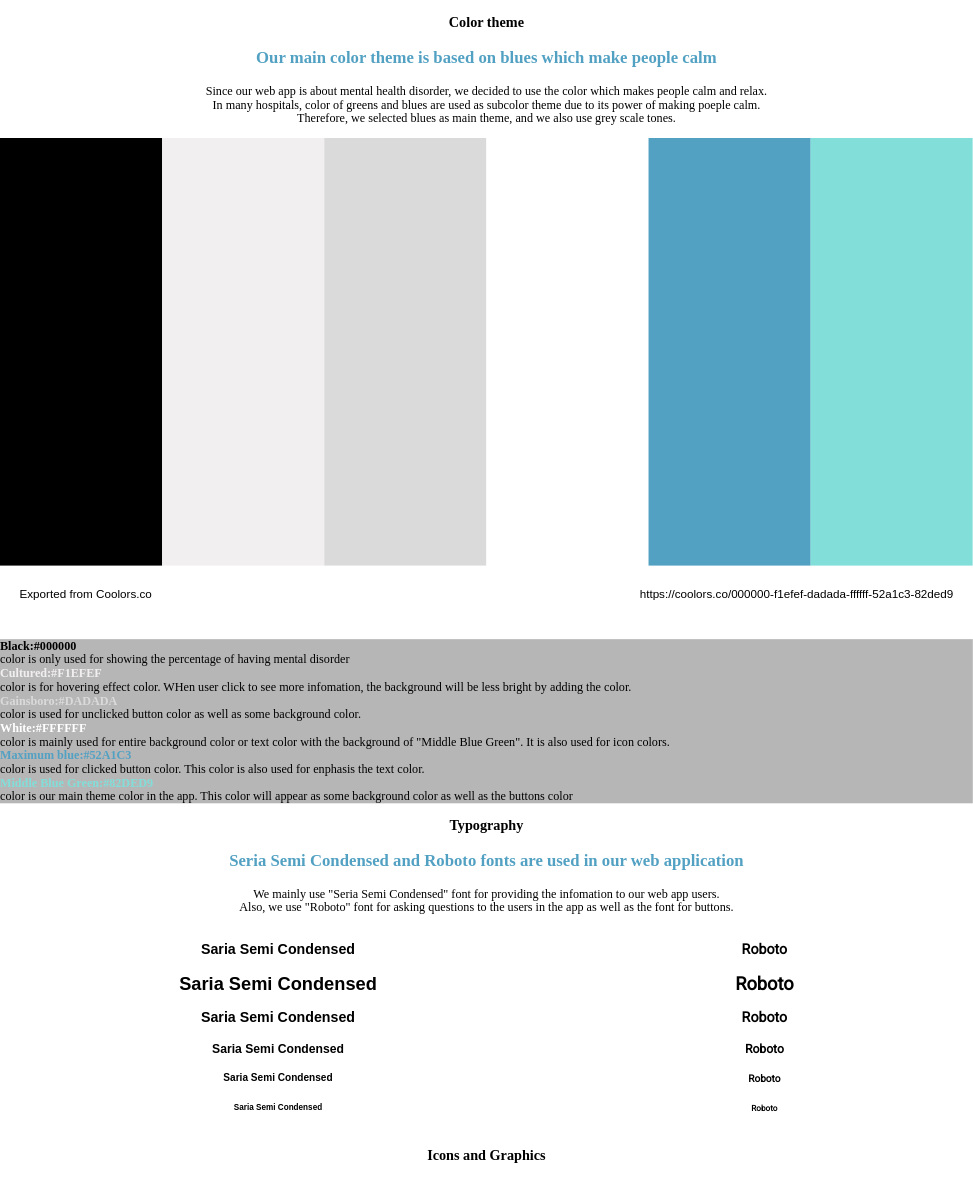
Repository: zzs1/style-guide
Page: style guide/Chisaki_styleGuide_part2/index.html
These files come from the project's save history. The page is drawn as it stood at one moment and after the next save; the edit follows.
The browser window is 1280 px wide. The pictures show the whole page, at 76% of full size.
Some web fonts or font styles are not loaded; a fallback is used.

Above is the page before, as saved 2021-03-21 12:27:30.

After the next save:
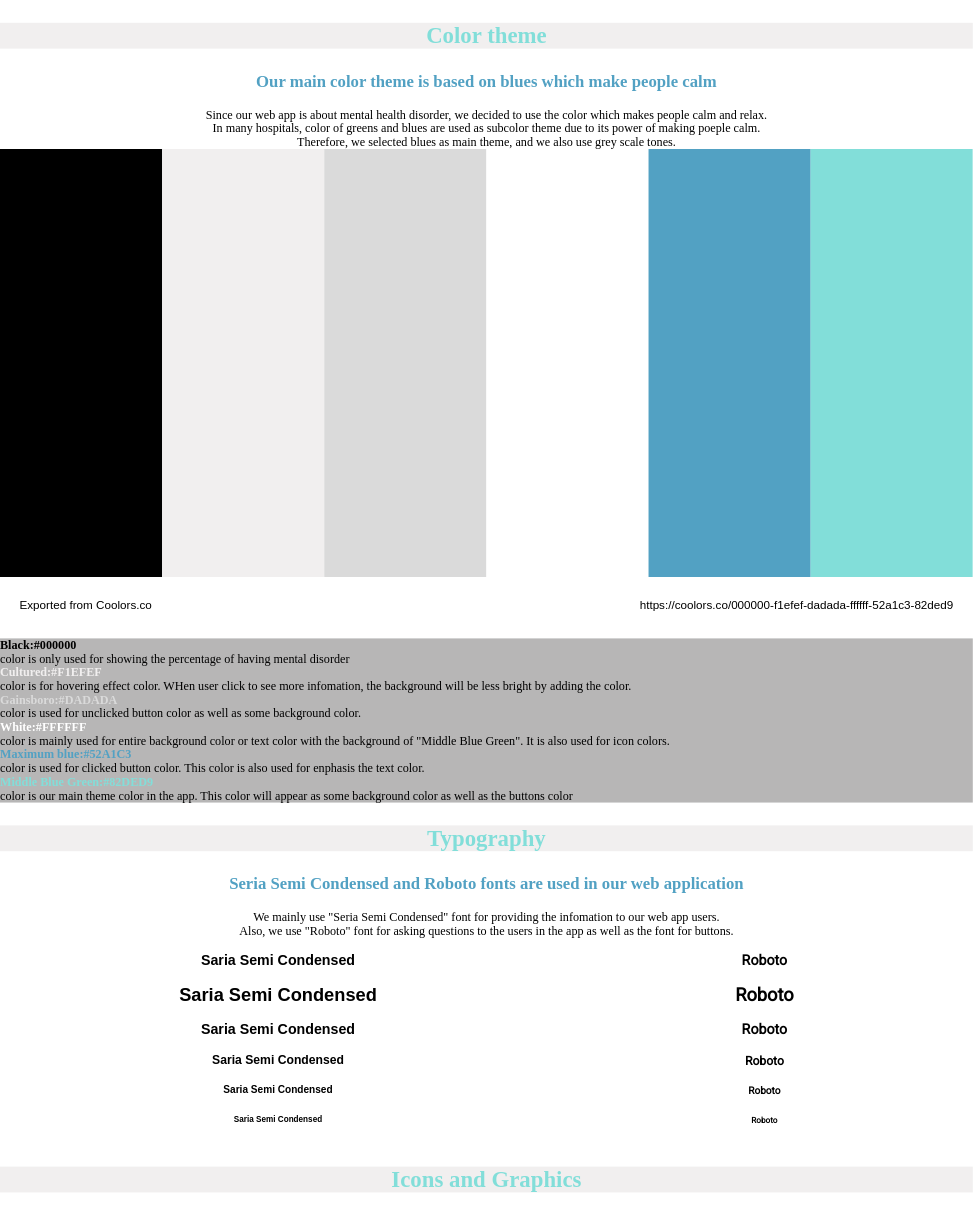
Saved 7 s later.
--- a/style guide/Chisaki_styleGuide_part2/style.css
+++ b/style guide/Chisaki_styleGuide_part2/style.css
@@ -2,7 +2,9 @@ body, html{
   margin:0;
   text-align:center;
 }
-p
+p{
+  margin:0;
+}
 .title{
   font-size:30px;
   color:#82DED9;
